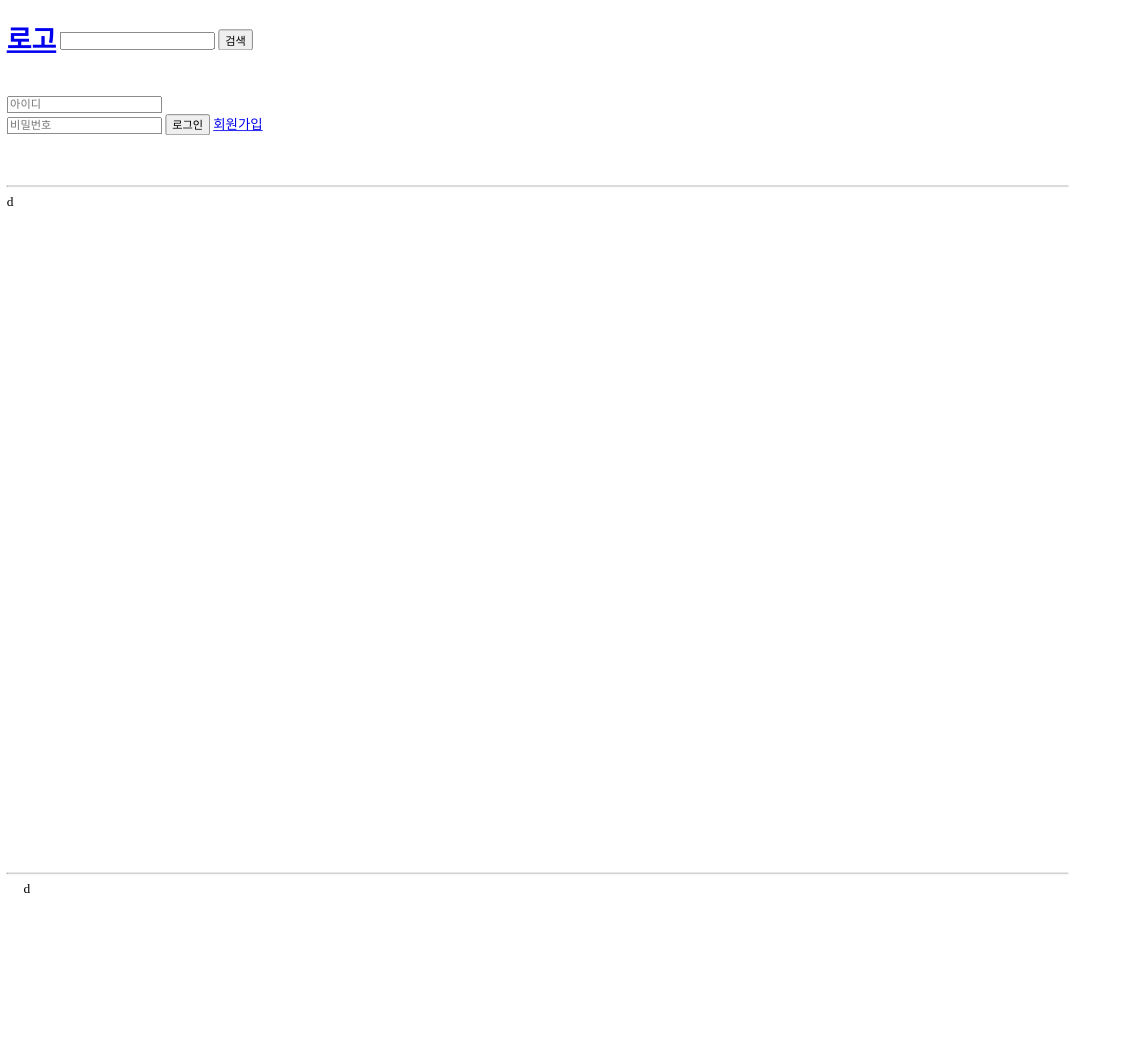
Repository: whtpdnd/Project
Page: project02/Music/WebContent/index.html
An editor plug-in stored every save of this project. The page is shown before and after the next save, followed by the edit.
The browser window is 1280 px wide. The page is 1335 px wide, so the pictures cover 1335 px, including what lies to the right of the window. The pictures show the whole page, at 84% of full size.

Above is the page before, as saved 2022-11-23 10:12:46.

### project02/Music/WebContent/index.html
<!DOCTYPE html>
<html>
	<head>
		<meta charset="EUC-KR">
		<title>노래 추천</title>
		<link rel="stylesheet" href="css/style.css">
	</head>
	<body>
		<div class="header">
			<div class="logo">
				<h1><a href="#">로고</a></h1>
			</div>
			<div class="serch">
				<input type="text">
				<input type="button" value="검색">
			</div>
			<div class="login">
				<input type="text" placeholder="아이디">
				<br>
				<input type="password" placeholder="비밀번호">
				<input type="button" value="로그인">
				<a href="#">회원가입</a>
			</div>
		</div>
		<hr>
		<div class="body">
			d
		</div>
		<hr>
		<div class="tail">
			d
		</div>
	</body>
</html>

### project02/Music/WebContent/css/style.css
@charset "EUC-KR";
.header
{
	position: relative;
    width: 100%;
    min-width: 1048px;
    height: 192px;
}
.button
{
	height:150px;
}
.body
{
	position: relative;
    display: inline-block;
    display: block;
    width: 100%;
    min-height: 800px;
}
.tail
{
	min-height: 204px;
    padding: 0 20px;
}
.serch
{
	position: relative;
	right:-5%;
	bottom:28%;
}

After the next save:
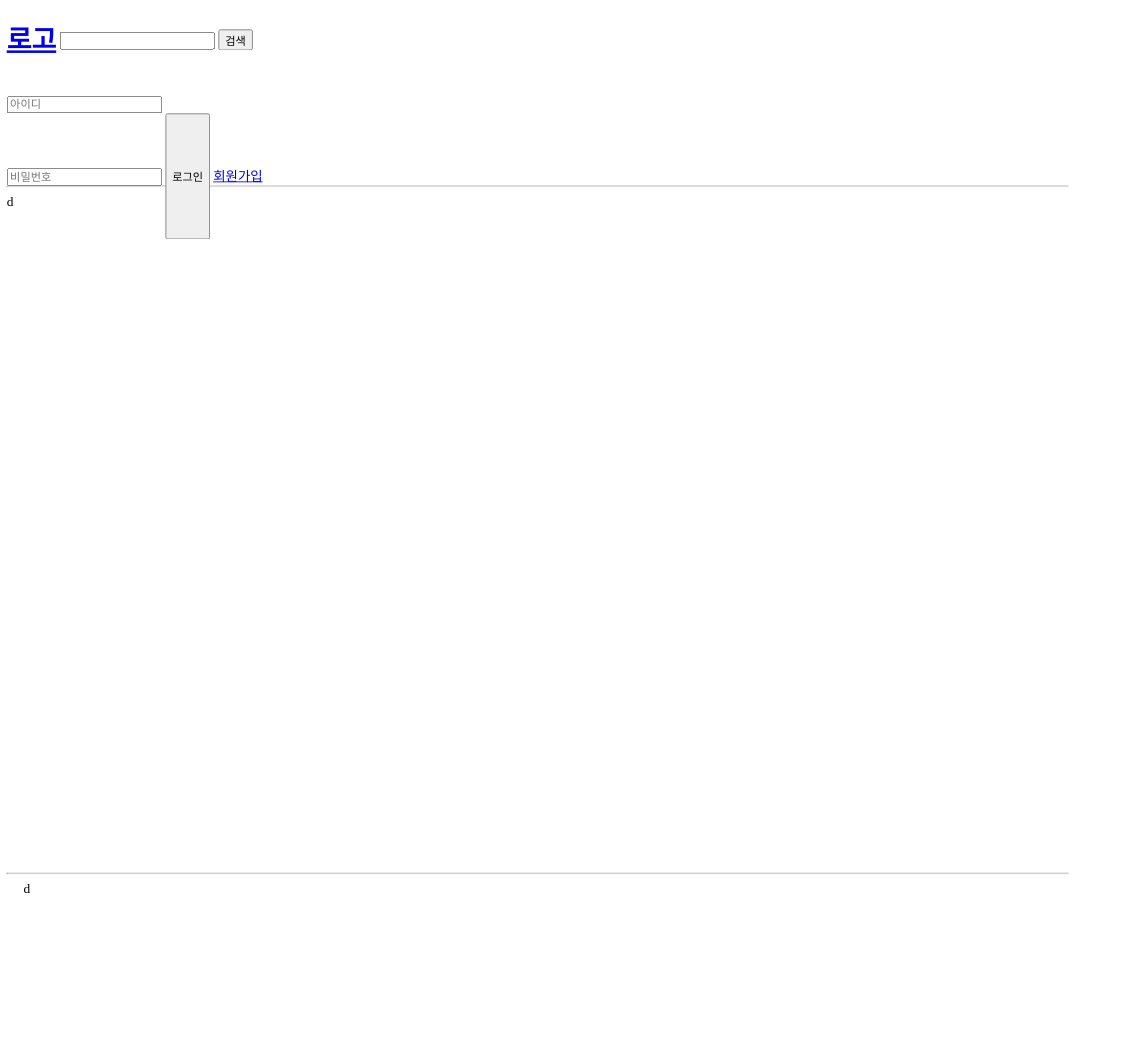
Saved 55 s later.
--- a/project02/Music/WebContent/index.html
+++ b/project02/Music/WebContent/index.html
@@ -18,7 +18,7 @@
 				<input type="text" placeholder="아이디">
 				<br>
 				<input type="password" placeholder="비밀번호">
-				<input type="button" value="로그인">
+				<input type="button" value="로그인" style="height:150px;">
 				<a href="#">회원가입</a>
 			</div>
 		</div>

After the save that followed:
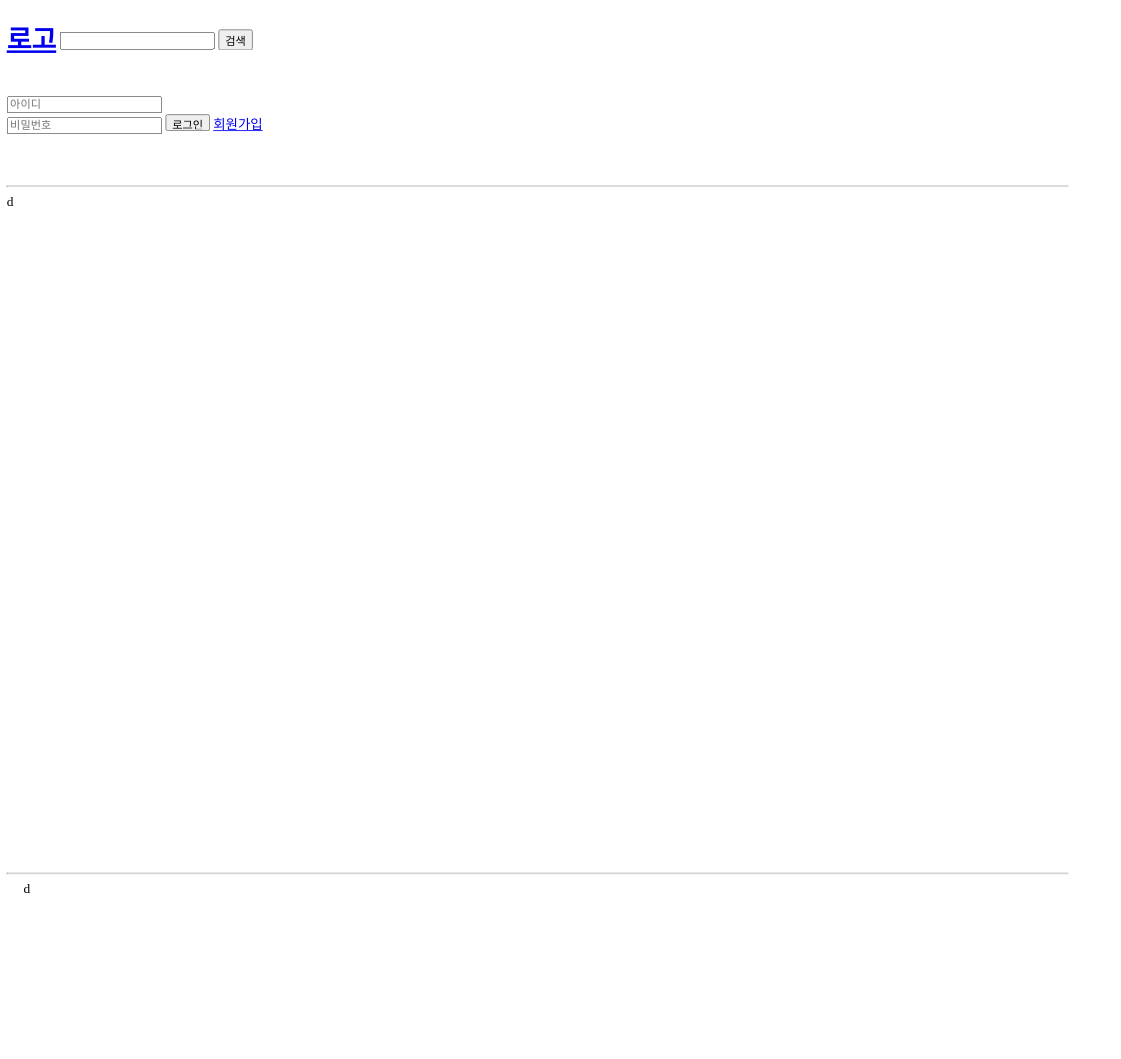
Saved 10 s later.
--- a/project02/Music/WebContent/index.html
+++ b/project02/Music/WebContent/index.html
@@ -18,7 +18,7 @@
 				<input type="text" placeholder="아이디">
 				<br>
 				<input type="password" placeholder="비밀번호">
-				<input type="button" value="로그인" style="height:150px;">
+				<input type="button" value="로그인" style="height:20px;">
 				<a href="#">회원가입</a>
 			</div>
 		</div>
